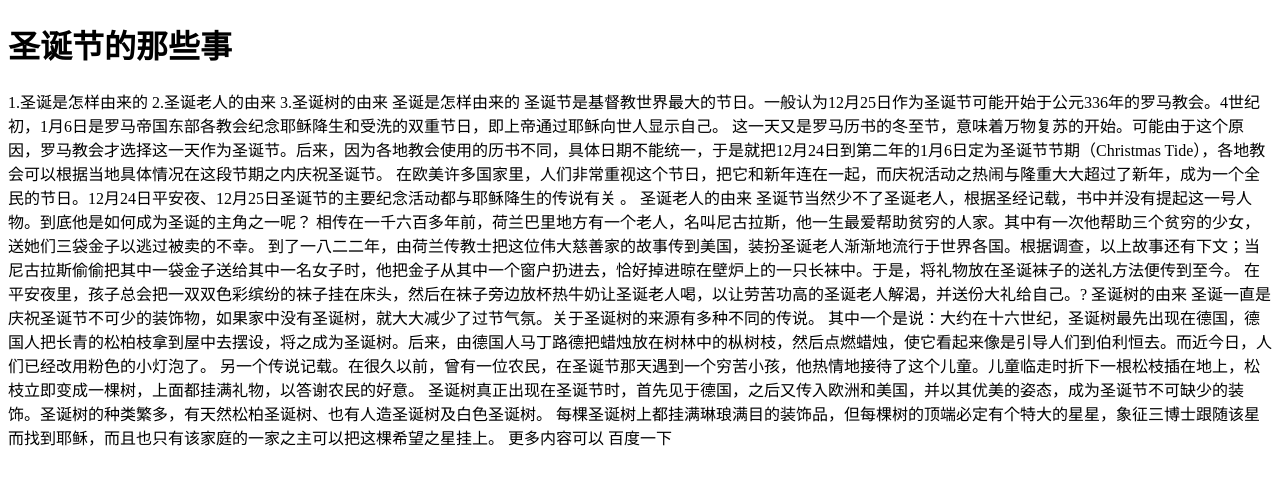
Repository: 129021/Front-end-learning
Page: 17-综合案例/demo.html
An editor plug-in stored every save of this project. The page is shown before and after the next save, followed by the edit.
The browser window is 1280 px wide. The pictures show the whole page.

Above is the page before, as saved 2021-10-15 16:44:31.

### 17-综合案例/demo.html
<!DOCTYPE html>
<html lang="en">

<head>
    <meta charset="UTF-8">
    <meta http-equiv="X-UA-Compatible" content="IE=edge">
    <meta name="viewport" content="width=device-width, initial-scale=1.0">
    <title>Document</title>
</head>

<body>
    <h1>圣诞节的那些事</h1>
    1.圣诞是怎样由来的 2.圣诞老人的由来 3.圣诞树的由来 圣诞是怎样由来的 圣诞节是基督教世界最大的节日。一般认为12月25日作为圣诞节可能开始于公元336年的罗马教会。4世纪初，1月6日是罗马帝国东部各教会纪念耶稣降生和受洗的双重节日，即上帝通过耶稣向世人显示自己。 这一天又是罗马历书的冬至节，意味着万物复苏的开始。可能由于这个原因，罗马教会才选择这一天作为圣诞节。后来，因为各地教会使用的历书不同，具体日期不能统一，于是就把12月24日到第二年的1月6日定为圣诞节节期（Christmas Tide），各地教会可以根据当地具体情况在这段节期之内庆祝圣诞节。
    在欧美许多国家里，人们非常重视这个节日，把它和新年连在一起，而庆祝活动之热闹与隆重大大超过了新年，成为一个全民的节日。12月24日平安夜、12月25日圣诞节的主要纪念活动都与耶稣降生的传说有关 。 圣诞老人的由来 圣诞节当然少不了圣诞老人，根据圣经记载，书中并没有提起这一号人物。到底他是如何成为圣诞的主角之一呢？ 相传在一千六百多年前，荷兰巴里地方有一个老人，名叫尼古拉斯，他一生最爱帮助贫穷的人家。其中有一次他帮助三个贫穷的少女，送她们三袋金子以逃过被卖的不幸。 到了一八二二年，由荷兰传教士把这位伟大慈善家的故事传到美国，装扮圣诞老人渐渐地流行于世界各国。根据调查，以上故事还有下文；当尼古拉斯偷偷把其中一袋金子送给其中一名女子时，他把金子从其中一个窗户扔进去，恰好掉进晾在壁炉上的一只长袜中。于是，将礼物放在圣诞袜子的送礼方法便传到至今。
    在平安夜里，孩子总会把一双双色彩缤纷的袜子挂在床头，然后在袜子旁边放杯热牛奶让圣诞老人喝，以让劳苦功高的圣诞老人解渴，并送份大礼给自己。? 圣诞树的由来 圣诞一直是庆祝圣诞节不可少的装饰物，如果家中没有圣诞树，就大大减少了过节气氛。关于圣诞树的来源有多种不同的传说。 其中一个是说：大约在十六世纪，圣诞树最先出现在德国，德国人把长青的松柏枝拿到屋中去摆设，将之成为圣诞树。后来，由德国人马丁路德把蜡烛放在树林中的枞树枝，然后点燃蜡烛，使它看起来像是引导人们到伯利恒去。而近今日，人们已经改用粉色的小灯泡了。
    另一个传说记载。在很久以前，曾有一位农民，在圣诞节那天遇到一个穷苦小孩，他热情地接待了这个儿童。儿童临走时折下一根松枝插在地上，松枝立即变成一棵树，上面都挂满礼物，以答谢农民的好意。 圣诞树真正出现在圣诞节时，首先见于德国，之后又传入欧洲和美国，并以其优美的姿态，成为圣诞节不可缺少的装饰。圣诞树的种类繁多，有天然松柏圣诞树、也有人造圣诞树及白色圣诞树。 每棵圣诞树上都挂满琳琅满目的装饰品，但每棵树的顶端必定有个特大的星星，象征三博士跟随该星而找到耶稣，而且也只有该家庭的一家之主可以把这棵希望之星挂上。
    更多内容可以 百度一下
</body>

</html>

After the next save:
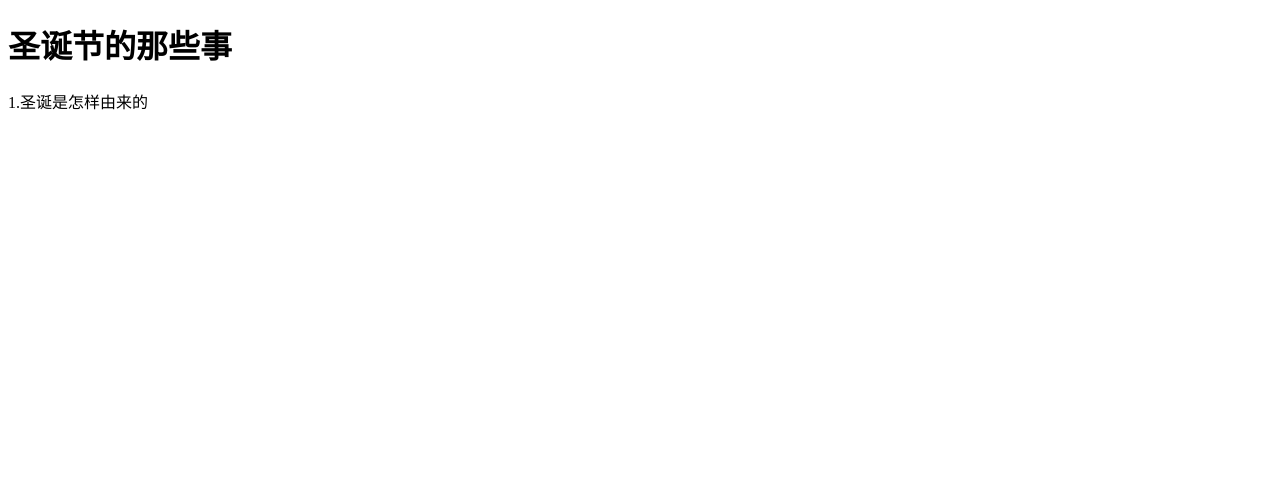
Saved 9 s later.
--- a/17-综合案例/demo.html
+++ b/17-综合案例/demo.html
@@ -10,11 +10,10 @@
 
 <body>
     <h1>圣诞节的那些事</h1>
-    1.圣诞是怎样由来的 2.圣诞老人的由来 3.圣诞树的由来 圣诞是怎样由来的 圣诞节是基督教世界最大的节日。一般认为12月25日作为圣诞节可能开始于公元336年的罗马教会。4世纪初，1月6日是罗马帝国东部各教会纪念耶稣降生和受洗的双重节日，即上帝通过耶稣向世人显示自己。 这一天又是罗马历书的冬至节，意味着万物复苏的开始。可能由于这个原因，罗马教会才选择这一天作为圣诞节。后来，因为各地教会使用的历书不同，具体日期不能统一，于是就把12月24日到第二年的1月6日定为圣诞节节期（Christmas Tide），各地教会可以根据当地具体情况在这段节期之内庆祝圣诞节。
-    在欧美许多国家里，人们非常重视这个节日，把它和新年连在一起，而庆祝活动之热闹与隆重大大超过了新年，成为一个全民的节日。12月24日平安夜、12月25日圣诞节的主要纪念活动都与耶稣降生的传说有关 。 圣诞老人的由来 圣诞节当然少不了圣诞老人，根据圣经记载，书中并没有提起这一号人物。到底他是如何成为圣诞的主角之一呢？ 相传在一千六百多年前，荷兰巴里地方有一个老人，名叫尼古拉斯，他一生最爱帮助贫穷的人家。其中有一次他帮助三个贫穷的少女，送她们三袋金子以逃过被卖的不幸。 到了一八二二年，由荷兰传教士把这位伟大慈善家的故事传到美国，装扮圣诞老人渐渐地流行于世界各国。根据调查，以上故事还有下文；当尼古拉斯偷偷把其中一袋金子送给其中一名女子时，他把金子从其中一个窗户扔进去，恰好掉进晾在壁炉上的一只长袜中。于是，将礼物放在圣诞袜子的送礼方法便传到至今。
-    在平安夜里，孩子总会把一双双色彩缤纷的袜子挂在床头，然后在袜子旁边放杯热牛奶让圣诞老人喝，以让劳苦功高的圣诞老人解渴，并送份大礼给自己。? 圣诞树的由来 圣诞一直是庆祝圣诞节不可少的装饰物，如果家中没有圣诞树，就大大减少了过节气氛。关于圣诞树的来源有多种不同的传说。 其中一个是说：大约在十六世纪，圣诞树最先出现在德国，德国人把长青的松柏枝拿到屋中去摆设，将之成为圣诞树。后来，由德国人马丁路德把蜡烛放在树林中的枞树枝，然后点燃蜡烛，使它看起来像是引导人们到伯利恒去。而近今日，人们已经改用粉色的小灯泡了。
-    另一个传说记载。在很久以前，曾有一位农民，在圣诞节那天遇到一个穷苦小孩，他热情地接待了这个儿童。儿童临走时折下一根松枝插在地上，松枝立即变成一棵树，上面都挂满礼物，以答谢农民的好意。 圣诞树真正出现在圣诞节时，首先见于德国，之后又传入欧洲和美国，并以其优美的姿态，成为圣诞节不可缺少的装饰。圣诞树的种类繁多，有天然松柏圣诞树、也有人造圣诞树及白色圣诞树。 每棵圣诞树上都挂满琳琅满目的装饰品，但每棵树的顶端必定有个特大的星星，象征三博士跟随该星而找到耶稣，而且也只有该家庭的一家之主可以把这棵希望之星挂上。
-    更多内容可以 百度一下
-</body>
+    1.圣诞是怎样由来的<br 2.圣诞老人的由来 3.圣诞树的由来 圣诞是怎样由来的 圣诞节是基督教世界最大的节日。一般认为12月25日作为圣诞节可能开始于公元336年的罗马教会。4世纪初，1月6日是罗马帝国东部各教会纪念耶稣降生和受洗的双重节日，即上帝通过耶稣向世人显示自己。 这一天又是罗马历书的冬至节，意味着万物复苏的开始。可能由于这个原因，罗马教会才选择这一天作为圣诞节。后来，因为各地教会使用的历书不同，具体日期不能统一，于是就把12月24日到第二年的1月6日定为圣诞节节期（Christmas
+        Tide），各地教会可以根据当地具体情况在这段节期之内庆祝圣诞节。 在欧美许多国家里，人们非常重视这个节日，把它和新年连在一起，而庆祝活动之热闹与隆重大大超过了新年，成为一个全民的节日。12月24日平安夜、12月25日圣诞节的主要纪念活动都与耶稣降生的传说有关 。 圣诞老人的由来 圣诞节当然少不了圣诞老人，根据圣经记载，书中并没有提起这一号人物。到底他是如何成为圣诞的主角之一呢？ 相传在一千六百多年前，荷兰巴里地方有一个老人，名叫尼古拉斯，他一生最爱帮助贫穷的人家。其中有一次他帮助三个贫穷的少女，送她们三袋金子以逃过被卖的不幸。
+        到了一八二二年，由荷兰传教士把这位伟大慈善家的故事传到美国，装扮圣诞老人渐渐地流行于世界各国。根据调查，以上故事还有下文；当尼古拉斯偷偷把其中一袋金子送给其中一名女子时，他把金子从其中一个窗户扔进去，恰好掉进晾在壁炉上的一只长袜中。于是，将礼物放在圣诞袜子的送礼方法便传到至今。 在平安夜里，孩子总会把一双双色彩缤纷的袜子挂在床头，然后在袜子旁边放杯热牛奶让圣诞老人喝，以让劳苦功高的圣诞老人解渴，并送份大礼给自己。? 圣诞树的由来 圣诞一直是庆祝圣诞节不可少的装饰物，如果家中没有圣诞树，就大大减少了过节气氛。关于圣诞树的来源有多种不同的传说。
+        其中一个是说：大约在十六世纪，圣诞树最先出现在德国，德国人把长青的松柏枝拿到屋中去摆设，将之成为圣诞树。后来，由德国人马丁路德把蜡烛放在树林中的枞树枝，然后点燃蜡烛，使它看起来像是引导人们到伯利恒去。而近今日，人们已经改用粉色的小灯泡了。 另一个传说记载。在很久以前，曾有一位农民，在圣诞节那天遇到一个穷苦小孩，他热情地接待了这个儿童。儿童临走时折下一根松枝插在地上，松枝立即变成一棵树，上面都挂满礼物，以答谢农民的好意。 圣诞树真正出现在圣诞节时，首先见于德国，之后又传入欧洲和美国，并以其优美的姿态，成为圣诞节不可缺少的装饰。圣诞树的种类繁多，有天然松柏圣诞树、也有人造圣诞树及白色圣诞树。
+        每棵圣诞树上都挂满琳琅满目的装饰品，但每棵树的顶端必定有个特大的星星，象征三博士跟随该星而找到耶稣，而且也只有该家庭的一家之主可以把这棵希望之星挂上。 更多内容可以 百度一下 </body>
 
 </html>
